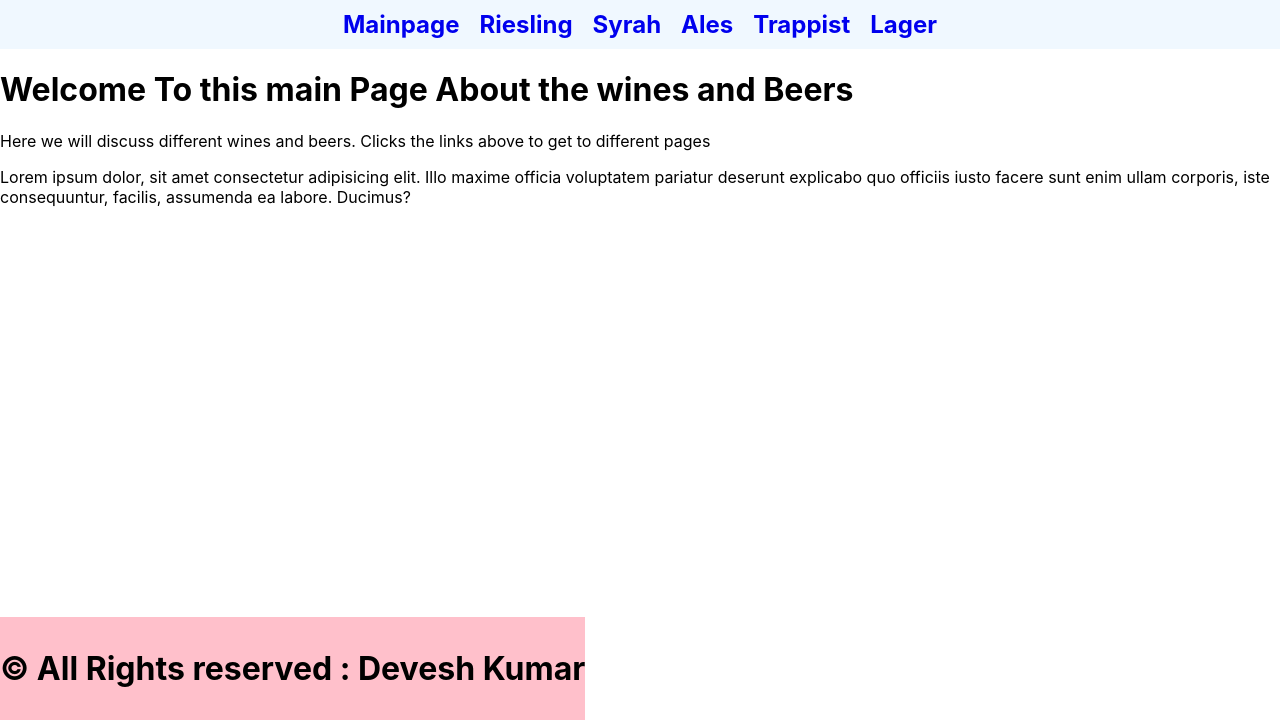
Repository: portretrieve/react-practice
Page: /
These files come from the project's save history. The page is drawn as it stood at one moment and after the next save; the edit follows.
The browser window is 1280 px wide. The pictures show the whole page.
The project was rebuilt for these pictures with package versions that can differ from the ones it lists, and the page was loaded fresh each time. Also part of the build but not shown: src/wines/Riesling.js, src/wines/Syrah.js, src/beers/Ale.js, src/beers/Lager.js, src/beers/Trappist.js.

Above is the page before, as saved 2021-08-26 19:37:28.

### src/App.js
import { BrowserRouter, Route, Redirect, Switch } from "react-router-dom";

import Riesling from "./wines/Riesling";
import Syrah from "./wines/Syrah";
import Ale from "./beers/Ale";
import Lager from "./beers/Lager";
import Trappist from "./beers/Trappist";

import Header from "./navigation/Header";
import Footer from "./navigation/Footer";
import MainPage from "./MainPage";

function App() {
  return (
    <BrowserRouter>
      <Header />
      <Route path="/" exact>
        <MainPage />
      </Route>
      <Route path="/wines" exact>
        <Riesling />
      </Route>
      <Route path="/wines/syrah" exact>
        <Syrah />
      </Route>
      <Route path="/beers/ale" exact>
        <Ale />
      </Route>
      <Route path="/beers/trappist" exact>
        <Trappist />
      </Route>
      <Route path="/beers/lager" exact>
        <Lager />
      </Route>
      <Redirect to="/" />

      <Footer />
    </BrowserRouter>
  );
}

export default App;

### src/navigation/Header.js
import React from "react";
import classes from "./header.module.css";
import { Link } from "react-router-dom";

function Header() {
  return (
    <header className={classes.header}>
      <nav>
        <h2>
          <a href="/">Mainpage</a>
        </h2>
        <h2>
          <a href="/wines">Riesling</a>
        </h2>
        <h2>
          <a href="/wines/syrah">Syrah</a>
        </h2>
        <h2>
          <a href="/beers/ale">Ales</a>
        </h2>
        <h2>
          <a href="/beers/trappist">Trappist</a>
        </h2>
        <h2>
          <a href="/beers/lager">Lager</a>
        </h2>
      </nav>
    </header>
  );
}

export default Header;

### src/navigation/Footer.js
import React from "react";
import classes from "./footer.module.css";

function Footer() {
  return (
    <footer className={classes.center}>
      <p>&copy; All Rights reserved : Devesh Kumar</p>
    </footer>
  );
}

export default Footer;

### src/MainPage.js
import React from "react";

function MainPage() {
  return (
    <div>
      <h1>Welcome To this main Page About the wines and Beers</h1>
      <p>
        Here we will discuss different wines and beers. Clicks the links above
        to get to different pages
      </p>
      <p>
        Lorem ipsum dolor, sit amet consectetur adipisicing elit. Illo maxime
        officia voluptatem pariatur deserunt explicabo quo officiis iusto facere
        sunt enim ullam corporis, iste consequuntur, facilis, assumenda ea
        labore. Ducimus?
      </p>
    </div>
  );
}

export default MainPage;

### src/navigation/header.module.css
.header {
    margin: 0 auto;
    text-align: center;
    background-color: aliceblue;
}

h2 {
    display: inline-block;
    margin: 10px;
}

a {
    text-decoration: none;
}

### src/navigation/footer.module.css
.center {
    text-align: center;
    background-color: pink;
    font-weight: 700;
    font-size: 2rem;
    position: fixed;
    bottom: 0;
    left: 0;
}

Loaded but not shown: public/index.html (common file); src/index.js (common file); src/index.css (common file)

After the next save:
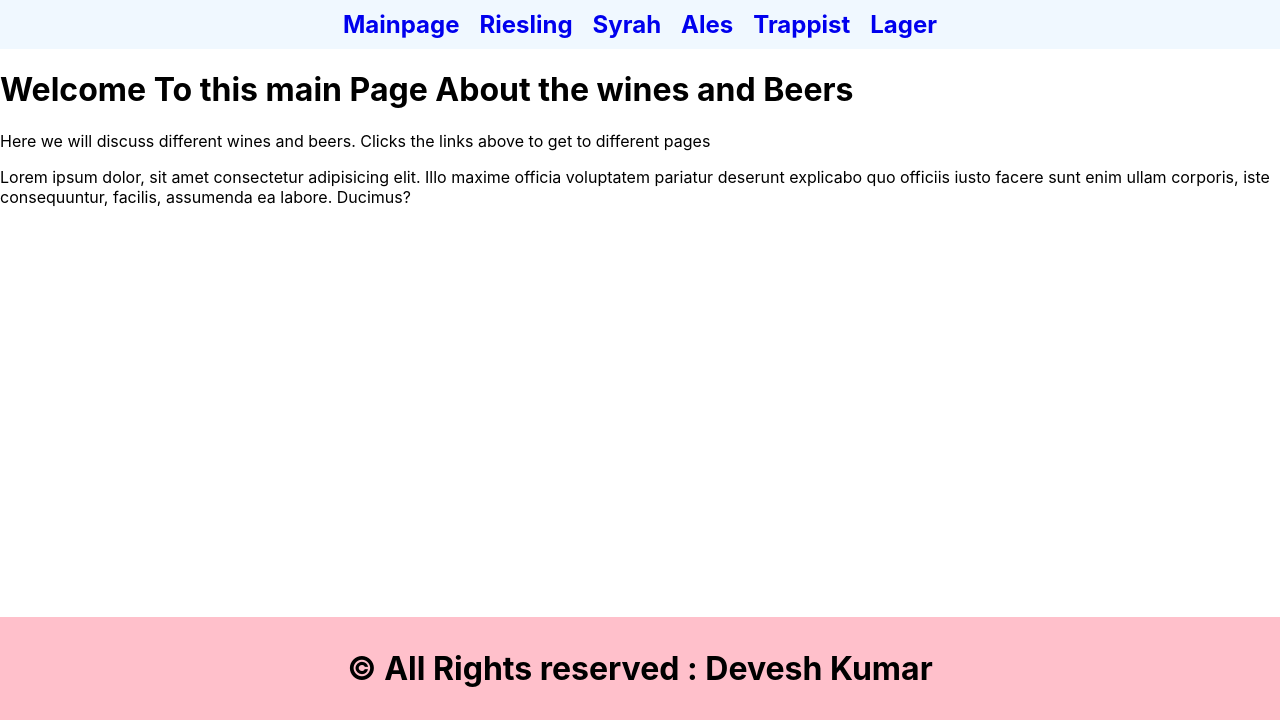
Saved 9 s later.
--- a/src/navigation/footer.module.css
+++ b/src/navigation/footer.module.css
@@ -6,4 +6,5 @@
     position: fixed;
     bottom: 0;
     left: 0;
+    right: 0;
 }
